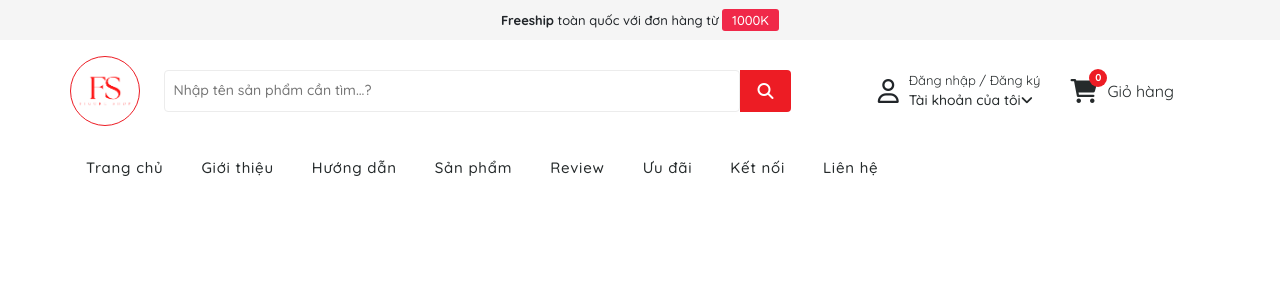
Repository: hayashi13597/ES6_ASM
Page: ASM1/index.html
An editor plug-in stored every save of this project. The page is shown before and after the next save, followed by the edit.
The browser window is 1280 px wide. The pictures show the whole page.
The style sheet was rebuilt from its Sass, Less or Tailwind sources for each picture, by a compiler version that may differ from the author's.

Above is the page before, as saved 2023-01-11 16:24:05.

After the next save:
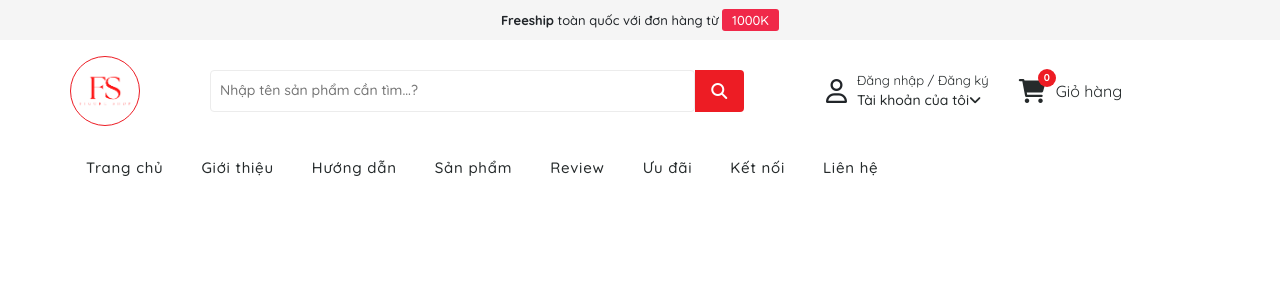
Saved 61 s later.
--- a/ASM1/sass/index.scss
+++ b/ASM1/sass/index.scss
@@ -57,7 +57,7 @@
       }
     }
     &--search {
-      // width: 50%;
+      width: 50%;
       display: flex;
       input {
         padding: 9px 50px 10px 9px;
@@ -84,7 +84,6 @@
     }
     &--right {
       display: flex;
-      justify-content: flex-end;
       gap: 30px;
       .user {
         display: flex;
